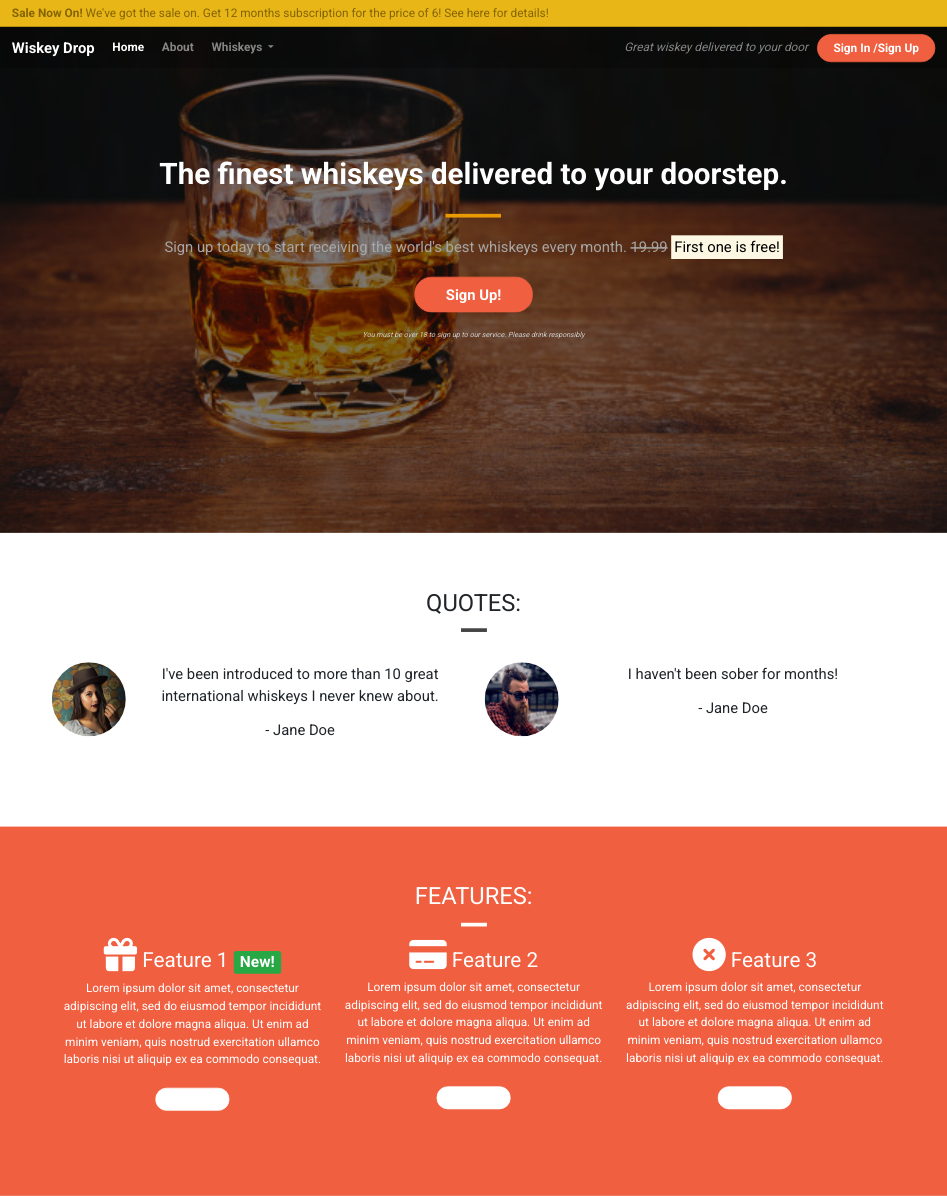
Repository: manub7/bootstrap4-mobile-first
Page: index.html
The author's editor kept a record of every edit. The page is drawn from the files as they stood at one moment, then again after the next edit.
The browser window is 1280 px wide. The pictures show the whole page, at 74% of full size.
Backgrounds fixed to the window are drawn as part of the page. Some web libraries are served in a nearby version.

Above is the page before.

After the next edit:
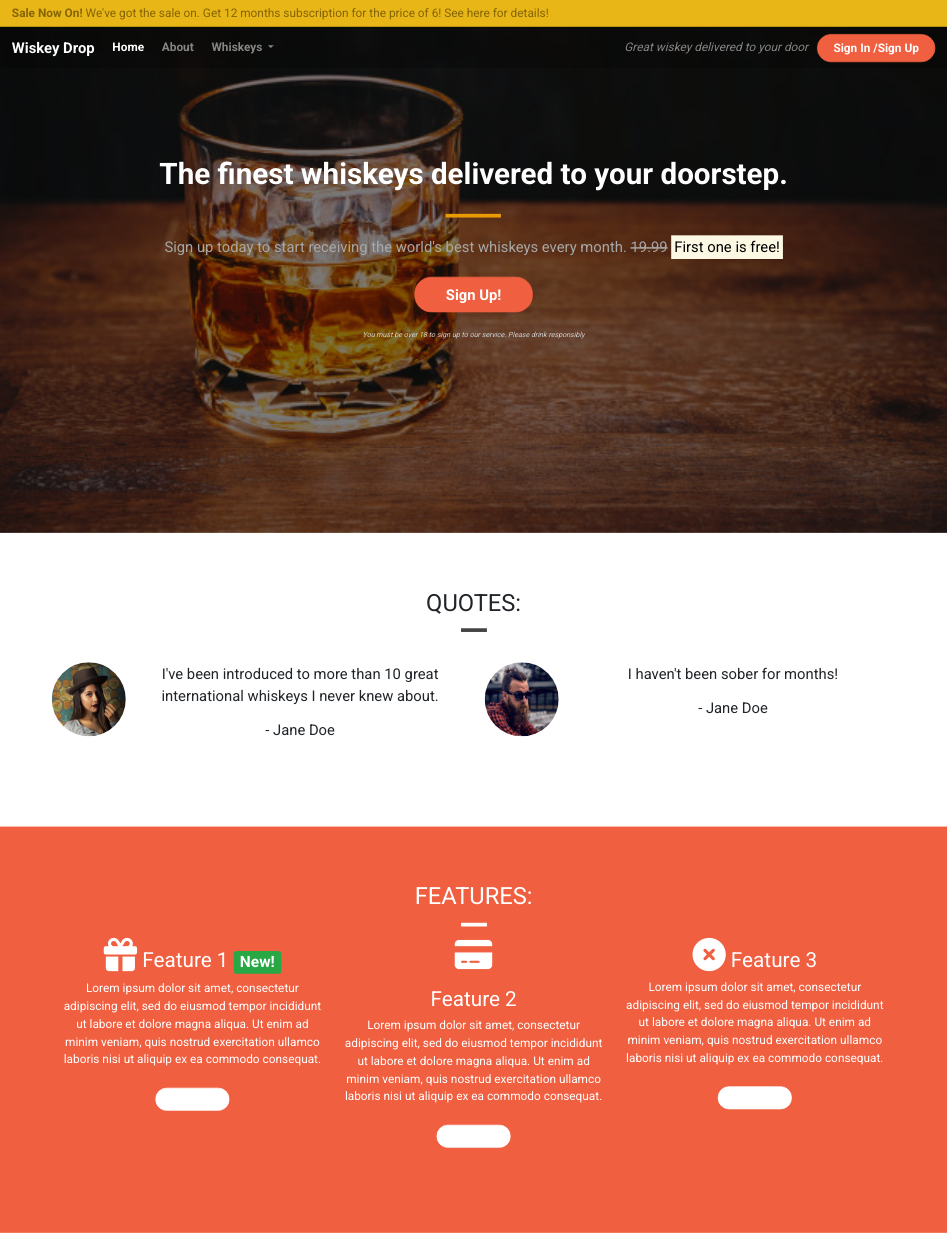
The edit:
--- a/index.html
+++ b/index.html
@@ -150,7 +150,7 @@
 
                         <div class="col-12 col-md-6 col-lg-4 page-header">
                             <div class="feature">
-                                <h3><i class="fas fa-credit-card d-none d-sm-inline"></i> Feature 2</h3>
+                                <h3><i class="fas fa-credit-card d-none d-sm-block"></i> Feature 2</h3>
                                 <p>Lorem ipsum dolor sit amet, consectetur adipiscing elit, sed do eiusmod tempor incididunt ut labore et dolore magna aliqua. Ut enim ad minim veniam, quis nostrud exercitation ullamco laboris nisi ut aliquip ex ea commodo
                                     consequat.
                                 </p>
